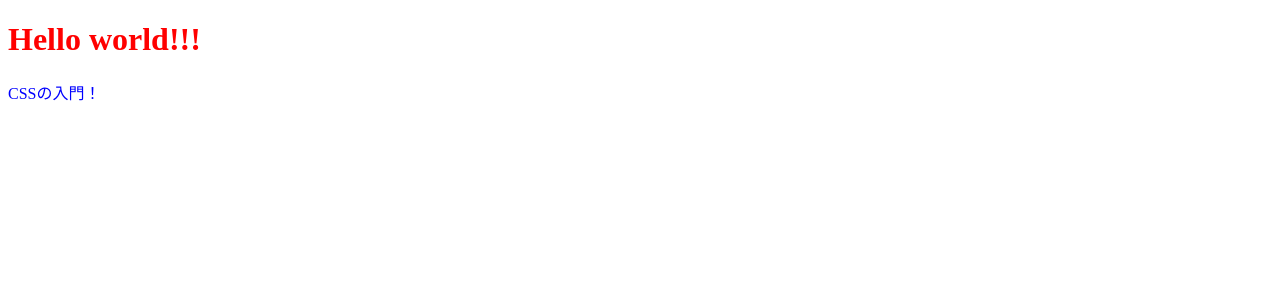
Repository: Sissy7-2/Tip-Memo
Page: html/css_intro/index.html
The author's editor kept a record of every edit. The page is drawn from the files as they stood at one moment, then again after the next edit.
The browser window is 1280 px wide. The pictures show the whole page.

Above is the page before.

### html/css_intro/index.html
<!DOCTYPE HTML>
<html>
<head>
  <meta charset="UTF-8" />
  <title>TECH BOOST</title>

  <style>
    #title {
  color: red;
}

.description {
  color: blue;
}
  </style>
</head>
  <body>
    <h1 id="title">Hello world!!!</h1>
<p class="description">CSSの入門！</p>

  </body>
</html>

After the next edit:
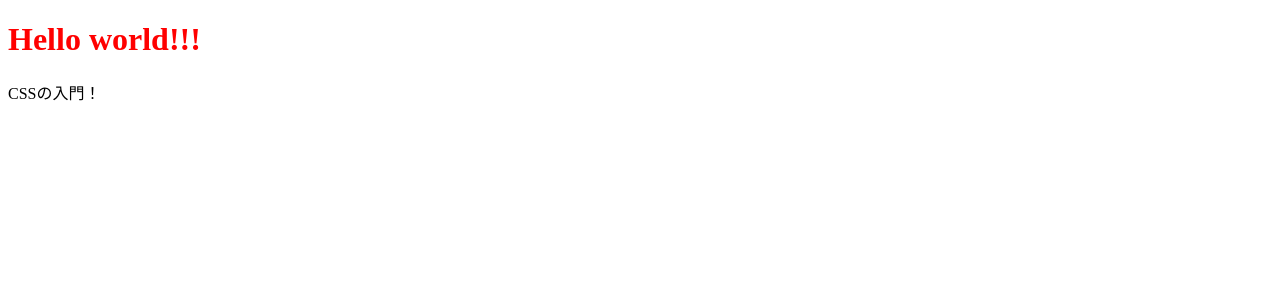
The edit:
--- a/html/css_intro/index.html
+++ b/html/css_intro/index.html
@@ -8,15 +8,10 @@
     #title {
   color: red;
 }
-
-.description {
-  color: blue;
-}
   </style>
 </head>
   <body>
     <h1 id="title">Hello world!!!</h1>
 <p class="description">CSSの入門！</p>
-
   </body>
 </html>
